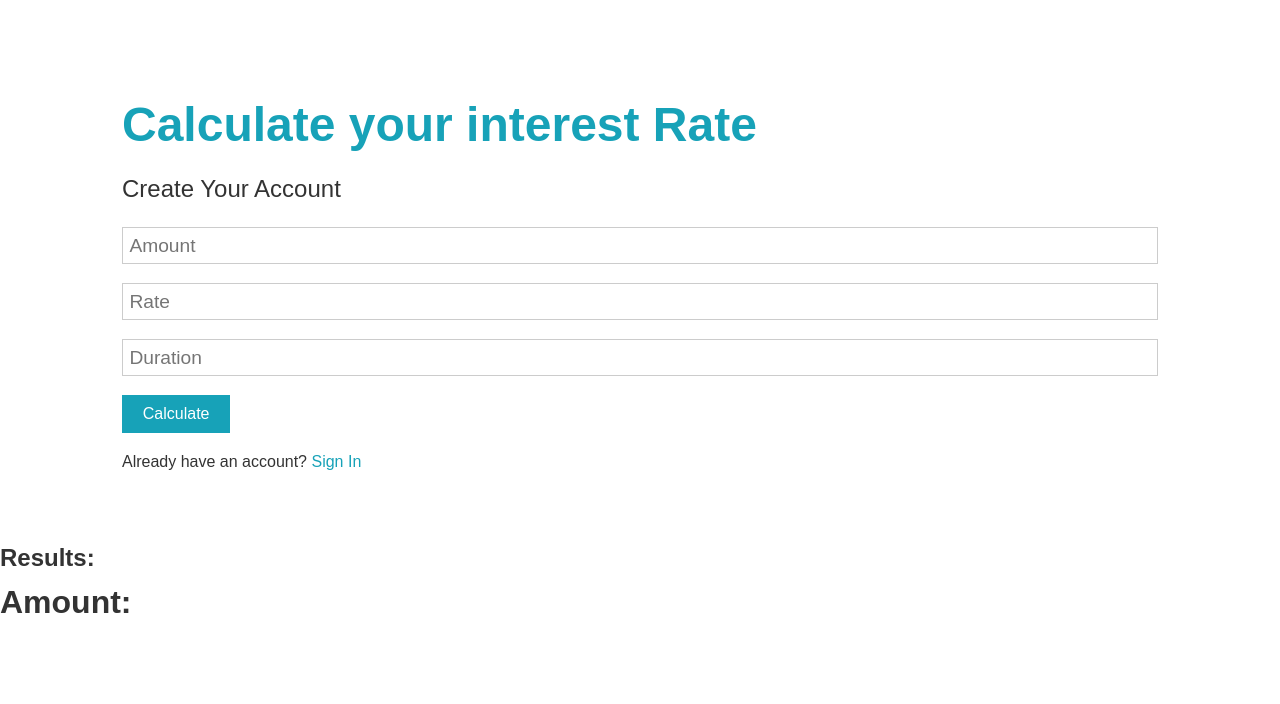
Repository: codding-ideas/loan-calculator
Page: / (app in client/)
The author's editor kept a copy of each file at every save. The page is drawn from the files as they stood at one save, then again after the next save.
The browser window is 1280 px wide. The pictures show the whole page.
The project was rebuilt for these pictures with package versions that can differ from the ones it lists, and the page was loaded fresh each time.

Above is the page before, as saved 2019-07-08 21:42:49.

### client/src/index.js
import React from 'react';
import ReactDOM from 'react-dom';
import { Provider } from 'react-redux';
import { createStore, applyMiddleware } from 'redux';
import reduxThunk from 'redux-thunk';
import { composeWithDevTools} from 'redux-devtools-extension';
import rootReducer from './redux/reducers'
import App from './App';


// const store = createStore(users, composeWithDevTools(applyMiddleware(reduxThunk)) )
const store = createStore(rootReducer, composeWithDevTools(applyMiddleware(reduxThunk)))

ReactDOM.render(
<Provider store = {store}>

  <App />

  </Provider>,
document.getElementById('root'));

### client/src/redux/reducers/index.js
import { combineReducers } from 'redux';
import loanReducer from './loanReducer'


export default combineReducers({
  loan: loanReducer
})

### client/src/App.js
import React, { useState} from 'react';
import Results from '../src/componets/Results';
import CalculateInterestForm from '../src/componets/Forms//CalculateInterestForm'
import './App.css';

function App() {


  return (
    <div>

      <CalculateInterestForm/>

      < Results />
    </div>
  )
}

export default App;

### client/src/redux/reducers/loanReducer.js


const initialState = {
//  amount: [],
//  rate: '',
//  convertedRate: '',
//  duration: '',
//  interestRate: '',
//  amountToPay: ''

 amount:'',
 rate: '',
 duration: '',
 interestRate: '',
 amountToPay: ''

}

export default (state = initialState, action) => {
  switch(action.type){
    case 'CREATE_INTEREST':
     return {
      ...state,
       amount: action.payload.amount,
       rate: parseFloat( action.payload.rate/100).toFixed(3),
       duration: action.payload.duration,
       interestRate: parseFloat((action.payload.amount) * (action.payload.rate/100) * (action.payload.duration)).toFixed(3),


       amountToPay: parseFloat(action.payload.amount + ((action.payload.amount) * (action.payload.rate/100) * (action.payload.duration))).toFixed(3)

     }
     default:
      return state
  }
}

### client/src/componets/Results.js
import React from 'react';
import { connect } from 'react-redux';

const Results = (props) => {
    console.log(props.loan.amount)
    return (
        <div>
            <h2>Results:</h2>
            <h1>Amount: {props.loan.amount}</h1>
        </div>
    )
}

const mapStateToProps = (state) => {
     return {
         loan: state.loan
     }
}

export default connect(mapStateToProps, null) (Results)

### client/src/componets/Forms/CalculateInterestForm.js
import React, { useState} from 'react';
import { connect } from 'react-redux';
import { createLoan} from '../../redux/actions/loanAction'

const CalculateInterestForm = (props) => {
  const initialState = {
    amount: "",
    rate: "",
    duration: ""

  };

     const [formData, setFormData ] = useState(initialState)

   //Create on change methods
   //This method update the state values
   const onChange = (e) => {
     setFormData({...formData, [e.target.name]: e.target.value})
   }

  //Onsubmit
  const onFormSubmit = e => {
    e.preventDefault();
    props.createLoan(formData);
  };


  return (
    <div className="App">
        <section className="container">
      <h3 className="large text-primary">Calculate your interest Rate</h3>
      <p className="lead"><i className="fas fa-money"></i> Create Your Account</p>
      <form className="form" onSubmit = {onFormSubmit}>
        <div className="form-group">
          <input type="text" placeholder="Amount" name="amount"   onChange = {onChange}/>
        </div>
        <div className="form-group">
          <input type="text" placeholder="Rate" name="rate" onChange = {e => onChange(e)} />

        </div>
        <div className="form-group">
          <input
            type="text"
            placeholder="Duration"
            name="duration"
            onChange = {onChange}
          />
        </div>

        <input type="submit" className="btn btn-primary" value="Calculate" />
      </form>
      <p className="my-1">
        Already have an account? <a href="login.html">Sign In</a>
      </p>
    </section>
    </div>
  );
}

export default connect(null, {createLoan}) (CalculateInterestForm)

### client/src/App.css
/* Global Styles */
:root {
  --primary-color: #17a2b8;
  --dark-color: #343a40;
  --light-color: #f4f4f4;
  --danger-color: #dc3545;
  --success-color: #28a745;
}

* {
  box-sizing: border-box;
  margin: 0;
  padding: 0;
}

body {
  font-family: 'Raleway', sans-serif;
  font-size: 1rem;
  line-height: 1.6;
  background-color: #fff;
  color: #333;
}

a {
  color: var(--primary-color);
  text-decoration: none;
}

ul {
  list-style: none;
}

img {
  width: 100%;
}

/* Utilities */
.container {
  max-width: 1100px;
  margin: auto;
  overflow: hidden;
  padding: 0 2rem;
  margin-top: 6rem;
  margin-bottom: 3rem;
}

/* Text Styles*/
.x-large {
  font-size: 4rem;
  line-height: 1.2;
  margin-bottom: 1rem;
}

.large {
  font-size: 3rem;
  line-height: 1.2;
  margin-bottom: 1rem;
}

.lead {
  font-size: 1.5rem;
  margin-bottom: 1rem;
}

.text-center {
  text-align: center;
}

.text-primary {
  color: var(--primary-color);
}

.text-dark {
  color: var(--dark-color);
}

/* Padding */
.p {
  padding: 0.5rem;
}

.p-1 {
  padding: 1rem;
}

.p-2 {
  padding: 2rem;
}

.p-3 {
  padding: 3rem;
}

.py {
  padding: 0.5rem 0;
}

.py-1 {
  padding: 1rem 0;
}

.py-2 {
  padding: 2rem 0;
}

.py-3 {
  padding: 3rem 0;
}

/* Margin */
.m {
  margin: 0.5rem;
}

.m-1 {
  margin: 1rem;
}

.m-2 {
  margin: 2rem;
}

.m-3 {
  margin: 3rem;
}

.my {
  margin: 0.5rem 0;
}

.my-1 {
  margin: 1rem 0;
}

.my-2 {
  margin: 2rem 0;
}

.my-3 {
  margin: 3rem 0;
}

.btn {
  display: inline-block;
  background: var(--light-color);
  color: #333;
  padding: 0.4rem 1.3rem;
  font-size: 1rem;
  border: none;
  cursor: pointer;
  margin-right: 0.5rem;
  transition: opacity 0.2s ease-in;
  outline: none;
}

.badge {
  font-size: 0.8rem;
  padding: 0.1rem;
  text-align: center;
  margin: 0.3rem;
  background: var(--light-color);
  color: #333;
}

.alert {
  padding: 0.8rem;
  margin: 1rem 0;
  opacity: 0.9;
  background: var(--light-color);
  color: #333;
}

.btn-primary,
.bg-primary,
.badge-primary,
.alert-primary {
  background: var(--primary-color);
  color: #fff;
}

.btn-light,
.bg-light,
.badge-light,
.alert-light {
  background: var(--light-color);
  color: #333;
}

.btn-dark,
.bg-dark,
.badge-dark,
.alert-dark {
  background: var(--dark-color);
  color: #fff;
}

.btn-danger,
.bg-danger,
.badge-danger,
.alert-danger {
  background: var(--danger-color);
  color: #fff;
}

.btn-success,
.bg-success,
.badge-success,
.alert-success {
  background: var(--success-color);
  color: #fff;
}

.btn-white,
.bg-white,
.badge-white,
.alert-white {
  background: #fff;
  color: #333;
  border: #ccc solid 1px;
}

.btn:hover {
  opacity: 0.8;
}

.bg-light,
.badge-light {
  border: #ccc solid 1px;
}

.round-img {
  border-radius: 50%;
}

.line {
  height: 1px;
  background: #ccc;
  margin: 1.5rem 0;
}

/* Overlay */
.dark-overlay {
  background-color: rgba(0, 0, 0, 0.7);
  position: absolute;
  top: 0;
  left: 0;
  width: 100%;
  height: 100%;
}

/* Forms */
.form .form-group {
  margin: 1.2rem 0;
}

.form .form-text {
  display: block;
  margin-top: 0.3rem;
  color: #888;
}

.form input[type='text'],
.form input[type='email'],
.form input[type='password'],
.form input[type='date'],
.form select,
.form textarea {
  display: block;
  width: 100%;
  padding: 0.4rem;
  font-size: 1.2rem;
  border: 1px solid #ccc;
}

.form input[type='submit'],
button {
  font: inherit;
}

.form .social-input {
  display: flex;
}

.form .social-input i {
  padding: 0.5rem;
  width: 4rem;
}

.form .social-input i.fa-twitter {
  color: #38a1f3;
}

.form .social-input i.fa-facebook {
  color: #3b5998;
}

.form .social-input i.fa-instagram {
  color: #3f729b;
}

.form .social-input i.fa-youtube {
  color: #c4302b;
}

.form .social-input i.fa-linkedin {
  color: #0077b5;
}

.table th,
.table td {
  padding: 1rem;
  text-align: left;
}

.table th {
  background: var(--light-color);
}

/* Navbar */
.navbar {
  display: flex;
  justify-content: space-between;
  align-items: center;
  padding: 0.7rem 2rem;
  position: fixed;
  z-index: 1;
  width: 100%;
  top: 0;
  background: #014e14;
  border-bottom: solid 1px var(--primary-color);
  opacity: 0.9;
}

.navbar ul {
  display: flex;
}

.navbar a {
  color: #fff;
  padding: 0.45rem;
  margin: 0 0.25rem;
}

.navbar a:hover {
  color: var(--primary-color);
}

.navbar .welcome span {
  margin-right: 0.6rem;
}

/* Landing Page */
.landing {
  position: relative;
  background: url('./img/showcase.jpg') no-repeat center center/cover;
  height: 100vh;
}

.landing-inner {
  color: #fff;
  height: 100%;
  width: 80%;
  margin: auto;
  display: flex;
  flex-direction: column;
  align-items: center;
  justify-content: center;
  text-align: center;
}

/* Profiles Page */
.profile {
  display: grid;
  grid-template-columns: 2fr 4fr 2fr;
  align-items: center;
  grid-gap: 2rem;
  padding: 1rem;
  line-height: 1.8;
  margin-bottom: 1rem;
}

/* Profile Page */
.profile-grid {
  display: grid;
  grid-template-areas:
    'top top'
    'about about'
    'exp edu'
    'github github';
  grid-gap: 1rem;
}

.profile-top {
  grid-area: top;
  display: flex;
  flex-direction: column;
  align-items: center;
  justify-content: center;
  text-align: center;
}

.profile-top img {
  width: 250px;
}

.profile-top .icons a {
  color: #fff;
  margin: 0 0.3rem;
}

.profile-top .icons a:hover {
  color: var(--dark-color);
}

.profile-about {
  grid-area: about;
  text-align: center;
}

.profile-about .skills {
  display: flex;
  align-items: center;
  justify-content: center;
  text-align: center;
}

.profile-exp {
  grid-area: exp;
}

.profile-edu {
  grid-area: edu;
}

.profile-exp h2,
.profile-edu h2 {
  margin-bottom: 1rem;
}

.profile-exp>div,
.profile-edu>div {
  margin-bottom: 1rem;
  padding-bottom: 1rem;
  border-bottom: #ccc 1px dotted;
}

.profile-exp>div:last-child,
.profile-edu>div:last-child {
  border: 0;
}

.profile-exp p,
.profile-edu p {
  margin: 0.5rem 0;
}

.profile-github {
  grid-area: github;
}

.profile-github .repo {
  display: flex;
}

.profile-github .repo>div:first-child {
  flex: 7;
  flex-basis: 70%;
}

.profile-github>div:last-child {
  flex: 3;
  flex-basis: 20%;
}

/* Posts Page */
.post-form .post-form-header {
  background: var(--primary-color);
  padding: 0.5rem;
}

.post {
  display: grid;
  grid-template-columns: 1fr 4fr;
  grid-gap: 2rem;
  align-items: center;
}

.post>div:first-child {
  text-align: center;
}

.post img {
  width: 100px;
}

.post .comment-count {
  background: var(--light-color);
  color: var(--primary-color);
  padding: 0.1rem 0.2rem;
  border-radius: 5px;
  font-size: 0.8rem;
}

.post .post-date {
  color: #aaa;
  font-size: 0.8rem;
  margin-bottom: 0.5rem;
}

/* Mobile Styles */
@media (max-width: 700px) {
  .container {
    margin-top: 8rem;
  }

  .hide-sm {
    display: none;
  }

  /* Text Styles */
  .x-large {
    font-size: 3rem;
  }

  .large {
    font-size: 2rem;
  }

  .lead {
    font-size: 1rem;
  }

  /* Navbar */
  .navbar {
    display: block;
    text-align: center;
  }

  .navbar ul {
    text-align: center;
    justify-content: center;
  }

  .navbar h1 {
    margin-bottom: 1rem;
  }

  .navbar .welcome {
    display: none;
  }

  /* Profiles Page */
  .profile {
    grid-template-columns: 1fr;
    text-align: center;
  }

  .profile ul {
    display: none;
  }

  /* Profile Page */

  .profile-top img,
  .profile img {
    width: 200px;
    margin: auto;
  }

  .profile-grid {
    grid-template-areas:
      'top'
      'about'
      'exp'
      'edu'
      'github';
  }

  .profile-about .skills {
    flex-direction: column;
  }

  .dash-buttons a {
    display: block;
    width: 100%;
    margin-bottom: 0.2rem;
  }

  .post {
    grid-template-columns: 1fr;
  }

  .post a,
  .post button {
    padding: 0.3rem 0.4rem;
  }
}

### client/src/redux/actions/loanAction.js
import axios from 'axios';

export const createLoan = (values) => {
   return function(dispatch){
     axios.post('/api/loan', values)
     .then((loan) => {
      dispatch({
       type: 'CREATE_INTEREST',
       payload: loan.data
      })
     })
   }

}

After the next save:
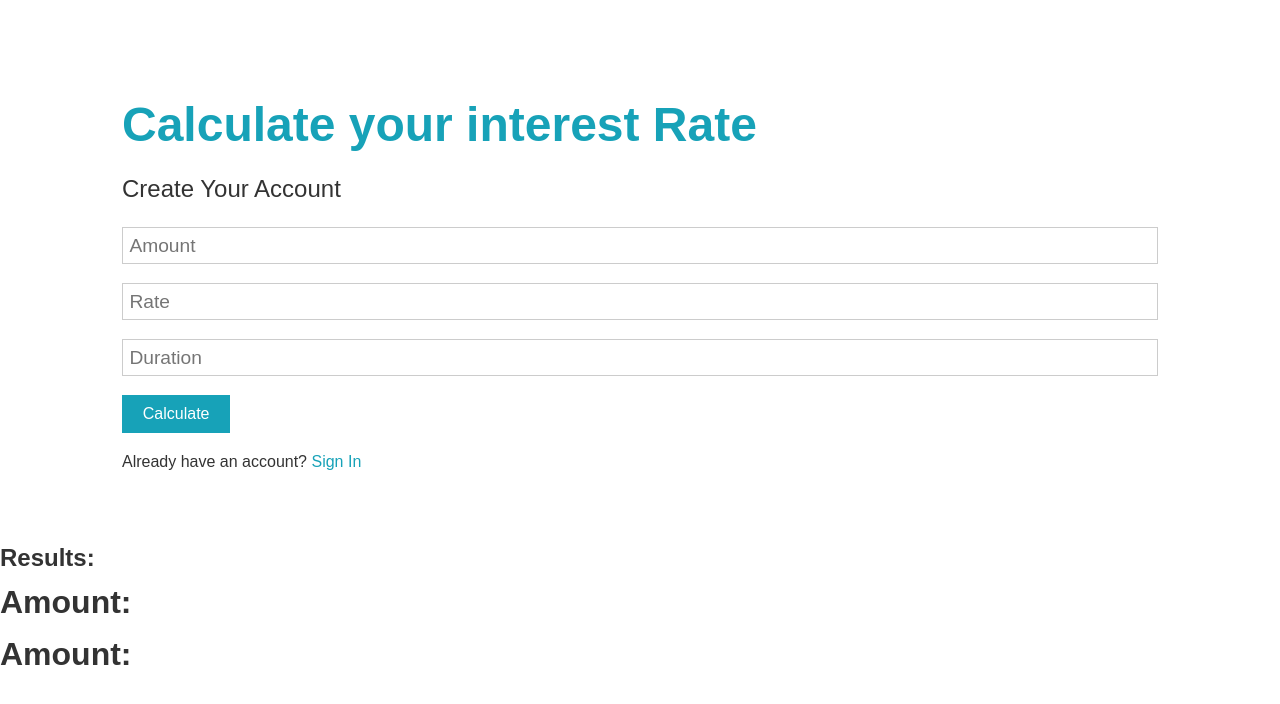
Saved 30 s later.
--- a/client/src/componets/Results.js
+++ b/client/src/componets/Results.js
@@ -6,6 +6,7 @@ const Results = (props) => {
     return (
         <div>
             <h2>Results:</h2>
+            <h1>Amount: {props.loan.amount}</h1>
             <h1>Amount: {props.loan.amount}</h1>
         </div>
     )
